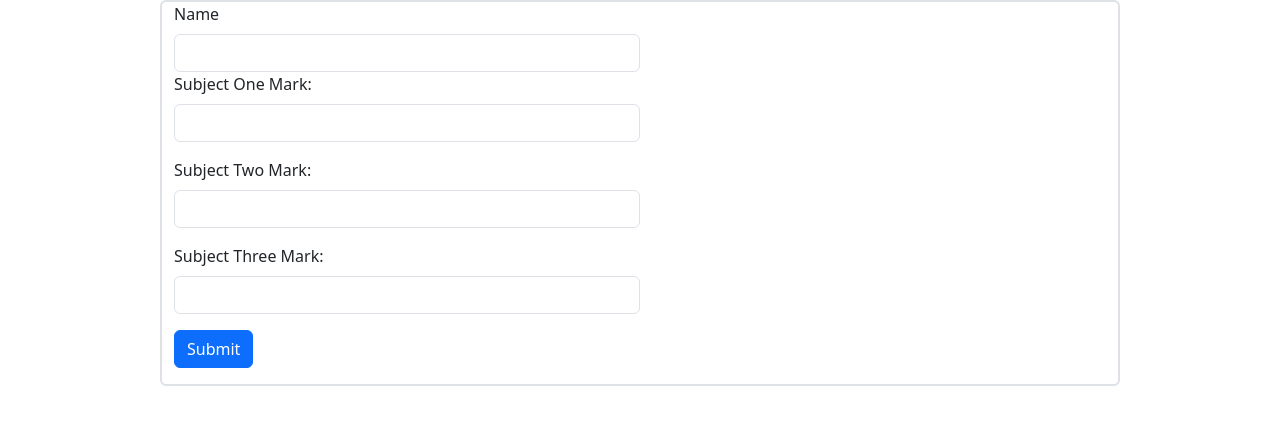
Repository: RG4025/AdvanceJava
Page: ClassWorkFeb15/src/main/webapp/grade.html
The author's editor kept a copy of each file at every save. The page is drawn from the files as they stood at one save, then again after the next save.
The browser window is 1280 px wide. The pictures show the whole page.

Above is the page before, as saved 2024-02-15 07:03:04.

### ClassWorkFeb15/src/main/webapp/grade.html
<!doctype html>
<html lang="en">
  <head>
    <meta charset="utf-8">
    <meta name="viewport" content="width=device-width, initial-scale=1">
    <title>Bootstrap demo</title>
    <link href="https://cdn.jsdelivr.net/npm/bootstrap@5.3.2/dist/css/bootstrap.min.css" rel="stylesheet" integrity="sha384-T3c6CoIi6uLrA9TneNEoa7RxnatzjcDSCmG1MXxSR1GAsXEV/Dwwykc2MPK8M2HN" crossorigin="anonymous">

    <style>


    </style>
  </head>
  <body>


				<section class="w-75  mx-auto d-flex justify-content-center align-items-center">

					<div class="Main2 mx-auto container border border-2 roundes rounded-2 ">
						<form class="col-12 col-md-6" method="post" action="GradeCalculatr">
							      <div class="mb-3">
							    <label for="exampleInputEmail1" class="form-label"> Name</label>
							    <input type="text" class="form-control" name="name">

							  <div class="mb-3">
							    <label for="exampleInputPassword1" class="form-label">Subject One Mark:</label>
							    <input type="text" class="form-control" name="sub1">
							  </div>

							  <div class="mb-3">
							    <label for="exampleInputPassword1" class="form-label">Subject Two Mark:</label>
							    <input type="text" class="form-control" name="sub2">
							  </div>

							  <div class="mb-3">
							    <label for="exampleInputPassword1" class="form-label">Subject Three Mark:</label>
							    <input type="text" class="form-control" name="sub3">
							  </div>

							  <button type="submit" class="btn btn-primary">Submit</button>
						</form>

					</div>
				</section>
    <script src="https://cdn.jsdelivr.net/npm/bootstrap@5.3.2/dist/js/bootstrap.bundle.min.js" integrity="sha384-C6RzsynM9kWDrMNeT87bh95OGNyZPhcTNXj1NW7RuBCsyN/o0jlpcV8Qyq46cDfL" crossorigin="anonymous"></script>
  </body>
</html>

After the next save:
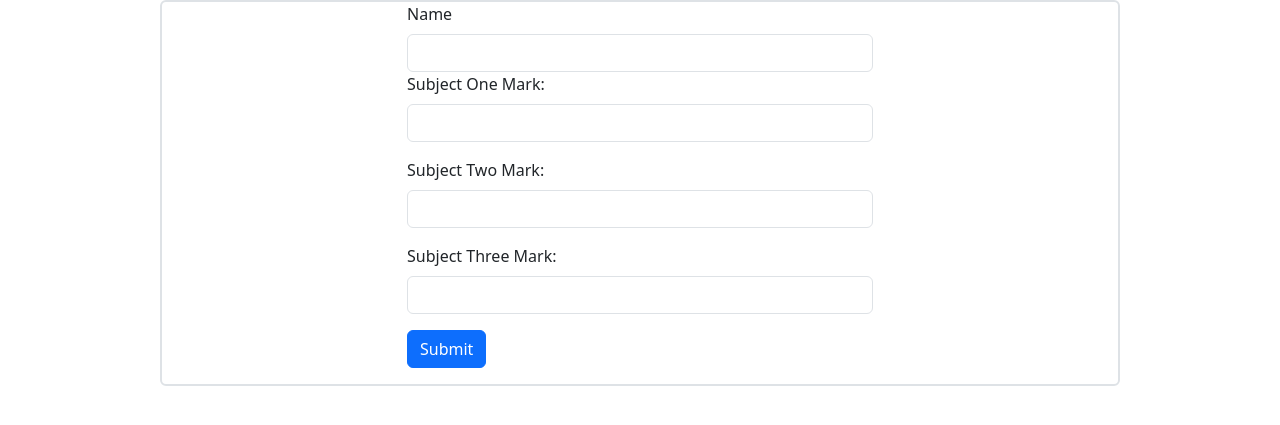
Saved 43 s later.
--- a/ClassWorkFeb15/src/main/webapp/grade.html
+++ b/ClassWorkFeb15/src/main/webapp/grade.html
@@ -17,7 +17,7 @@
 				<section class="w-75  mx-auto d-flex justify-content-center align-items-center">
 
 					<div class="Main2 mx-auto container border border-2 roundes rounded-2 ">
-						<form class="col-12 col-md-6" method="post" action="GradeCalculatr">
+						<form class="col-12 col-md-6 mx-auto" method="post" action="GradeCalculatr">
 							      <div class="mb-3">
 							    <label for="exampleInputEmail1" class="form-label"> Name</label>
 							    <input type="text" class="form-control" name="name">
